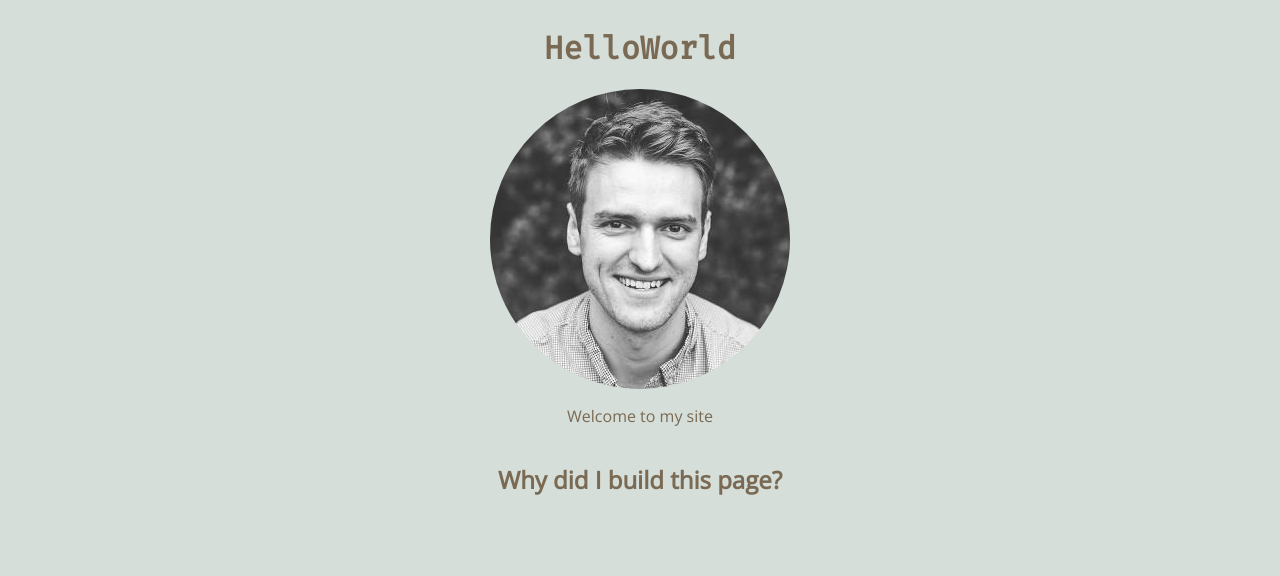
Repository: milespossing/Personal-Page
Page: index.html
These files come from the project's save history. The page is drawn as it stood at one moment and after the next save; the edit follows.
The browser window is 1280 px wide. The pictures show the whole page.

Above is the page before, as saved 2019-09-25 07:00:26.

After the next save:
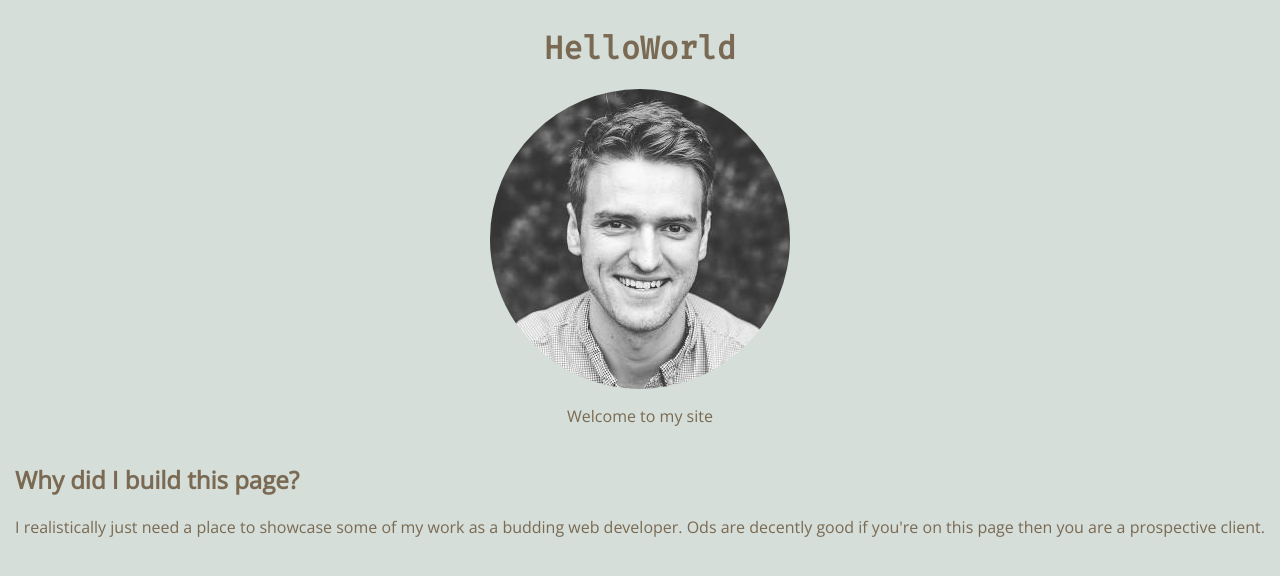
Saved 52 s later.
--- a/index.html
+++ b/index.html
@@ -12,7 +12,7 @@
     <p>Welcome to my site</p>
     <div>
         <h2>Why did I build this page?</h2>
-
+        <p>I realistically just need a place to showcase some of my work as a budding web developer. Ods are decently good if you're on this page then you are a prospective client.</p>
     </div>
 
 </body>
